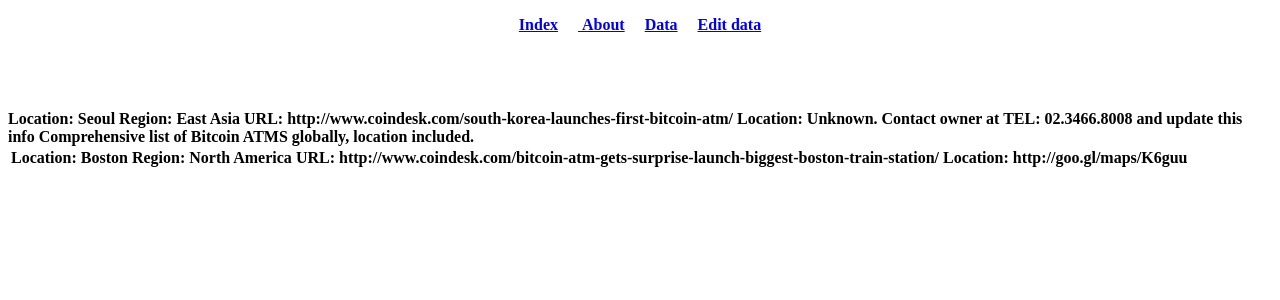
Repository: bitcoinmeetups/bitcoinmeetups.github.com
Page: BitcoinATMS.html
The author's editor kept a record of every edit. The page is drawn from the files as they stood at one moment, then again after the next edit.
The browser window is 1280 px wide. The pictures show the whole page.

Above is the page before.

### BitcoinATMS.html
<!DOCTYPE HTML>
<html>
 <head>

 <title>Local Bitcoin Meetups - Bitcoinmeetups.org</title>
  <meta content="List of Bitcoin ATMS all over the world"
  <meta content="Bitcoin, bitmessage, meetup, localbitcoin, meetup.com, localbitcoins.com, global, worldwide meetups, local meetups, bitcoinmeetups.org, github" name="keywords" />

<link rel="stylesheet" type="text/css" href="lbmstyles.css">

<!-- Javascript goes in the document HEAD -->
<script type="text/javascript">
function altRows(id){
	if(document.getElementsByTagName){

		var table = document.getElementById(id);
		var rows = table.getElementsByTagName("tr");

		for(i = 0; i < rows.length; i++){
			if(i % 2 == 0){
				rows[i].className = "evenrowcolor";
			}else{
				rows[i].className = "oddrowcolor";
			}
		}
	}
}
window.onload=function(){
	altRows('alternatecolor');
}
</script>


 </head>
 <body>

 <div id="topLeft"><div align="center">
  <p></a><strong><a class="ex1" href="https://entrances.github.com/indexlist.html">Index</a></strong></strong>&nbsp;&nbsp;&nbsp;&nbsp;&nbsp;<a class="ex1" href="#about"> <strong>About</strong></a><strong>&nbsp;&nbsp;&nbsp;&nbsp;&nbsp;<a class="ex1" href="#data">Data</a>&nbsp;&nbsp;&nbsp;&nbsp;&nbsp;<a class="ex1" href="https://github.com/Entrances/entrances.github.com/edit/master/ProjectBitcoinATMS.html">Edit data</a>
  <h5></h5>
  </div></div>
<!--
  <div id="topLeft2">
  <p><a href="https://openclipart.org//detail/1198/cat-silhouette-by-liftarn"><img src="https://openclipart.org//people/liftarn/liftarn_Cat_silhouette.svg" width=10%; /></p>
  <h5></h5>
  </div></div>

  -->


  <a name="data" id="data"></a>
 <br><br><br>








 <table class="altrowstable" id="alternatecolor">



<!--
BEGINNING TABLE
-->





<tbody>


<tr><td>Location: Boston </td>
<td> Region: North America</td>
<td> URL: http://www.coindesk.com/bitcoin-atm-gets-surprise-launch-biggest-boston-train-station/ </td>
<td> Location: http://goo.gl/maps/K6guu </td>

Location: Seoul
Region: East Asia
URL: http://www.coindesk.com/south-korea-launches-first-bitcoin-atm/ </td>
Location: Unknown. Contact owner at TEL: 02.3466.8008 and update this info</td>

Comprehensive list of Bitcoin ATMS globally, location included.<br>

### lbmstyles.css
<!DOCTYPE HTML>
<html>
 <head>
  <meta content="text/html; charset=utf-8" http-equiv="Content-Type" />
  <title>Empty</title>
 </head>
 <body>
  <br />
 </body>
</html>

After the next edit:
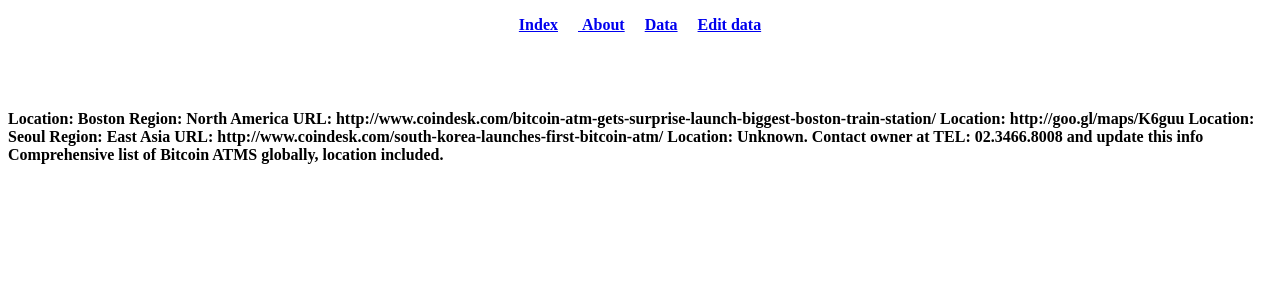
The edit:
--- a/BitcoinATMS.html
+++ b/BitcoinATMS.html
@@ -72,10 +72,10 @@
 <tbody>
 
 
-<tr><td>Location: Boston </td>
-<td> Region: North America</td>
-<td> URL: http://www.coindesk.com/bitcoin-atm-gets-surprise-launch-biggest-boston-train-station/ </td>
-<td> Location: http://goo.gl/maps/K6guu </td>
+Location: Boston
+Region: North America
+URL: http://www.coindesk.com/bitcoin-atm-gets-surprise-launch-biggest-boston-train-station/ </td>
+Location: http://goo.gl/maps/K6guu
 
 Location: Seoul
 Region: East Asia
